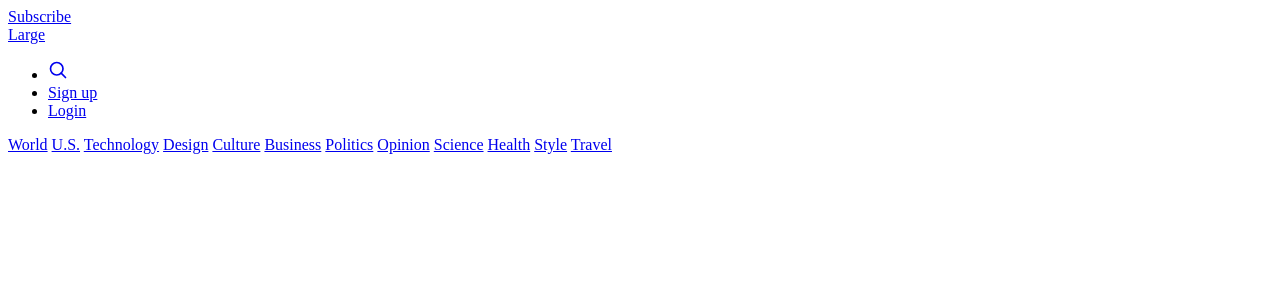
Repository: nunnunhap/Portfolio_YewMall
Page: http://localhost/layout/comm/header
The author's editor kept a copy of each file at every save. The page is drawn from the files as they stood at one save, then again after the next save.
The browser window is 1280 px wide. The pictures show the whole page.
The page is this project's Thymeleaf template; nobody is signed in. The template is opened directly, without the code that normally fills it, so the values that code supplies are empty.

Above is the page before, as saved 2024-06-17 11:18:49.

### yewmall/src/main/resources/templates/layout/comm/header.html
<!DOCTYPE html>
<html lang="ko"xmlns:th="http://www.thymeleaf.org">

<div th:fragment="headerFragment">

	<header class="blog-header py-3">
    <div class="row flex-nowrap justify-content-between align-items-center">
      <div class="col-4 pt-1">
        <a class="text-muted" href="#">Subscribe</a>
      </div>
      <div class="col-4 text-center">
        <a class="blog-header-logo text-dark" href="#">Large</a>
      </div>
      <div class="col-4 d-flex justify-content-end align-items-center">
      <ul>
      <li>
        <a class="text-muted" href="#" aria-label="Search">
          <svg xmlns="http://www.w3.org/2000/svg" width="20" height="20" fill="none" stroke="currentColor" stroke-linecap="round" stroke-linejoin="round" stroke-width="2" class="mx-3" role="img" viewBox="0 0 24 24" focusable="false"><title>Search</title><circle cx="10.5" cy="10.5" r="7.5"></circle><path d="M21 21l-5.2-5.2"></path></svg>
        </a>
        </li>
        <li><a class="btn btn-sm btn-outline-secondary" href="#">Sign up</a></li>
        <li><a class="btn btn-sm btn-outline-secondary" href="#">Login</a></li>
        </ul>
      </div>
    </div>
  </header>


  <div class="nav-scroller py-1 mb-2">
    <nav class="nav d-flex justify-content-between">
      <a class="p-2 text-muted" href="#">World</a>
      <a class="p-2 text-muted" href="#">U.S.</a>
      <a class="p-2 text-muted" href="#">Technology</a>
      <a class="p-2 text-muted" href="#">Design</a>
      <a class="p-2 text-muted" href="#">Culture</a>
      <a class="p-2 text-muted" href="#">Business</a>
      <a class="p-2 text-muted" href="#">Politics</a>
      <a class="p-2 text-muted" href="#">Opinion</a>
      <a class="p-2 text-muted" href="#">Science</a>
      <a class="p-2 text-muted" href="#">Health</a>
      <a class="p-2 text-muted" href="#">Style</a>
      <a class="p-2 text-muted" href="#">Travel</a>
    </nav>
  </div>




</div>

</html>

After the next save:
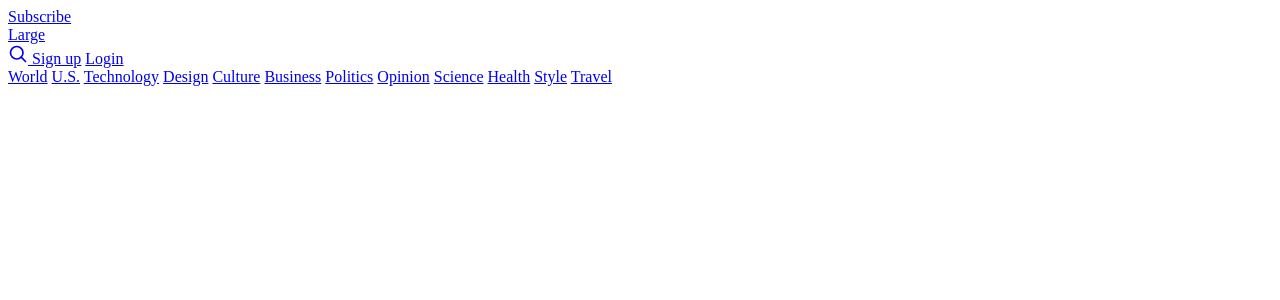
Saved 2 min 24 s later.
--- a/yewmall/src/main/resources/templates/layout/comm/header.html
+++ b/yewmall/src/main/resources/templates/layout/comm/header.html
@@ -12,15 +12,11 @@
         <a class="blog-header-logo text-dark" href="#">Large</a>
       </div>
       <div class="col-4 d-flex justify-content-end align-items-center">
-      <ul>
-      <li>
         <a class="text-muted" href="#" aria-label="Search">
           <svg xmlns="http://www.w3.org/2000/svg" width="20" height="20" fill="none" stroke="currentColor" stroke-linecap="round" stroke-linejoin="round" stroke-width="2" class="mx-3" role="img" viewBox="0 0 24 24" focusable="false"><title>Search</title><circle cx="10.5" cy="10.5" r="7.5"></circle><path d="M21 21l-5.2-5.2"></path></svg>
         </a>
-        </li>
-        <li><a class="btn btn-sm btn-outline-secondary" href="#">Sign up</a></li>
-        <li><a class="btn btn-sm btn-outline-secondary" href="#">Login</a></li>
-        </ul>
+        <a class="btn btn-sm btn-outline-secondary" href="#">Sign up</a>
+        <a class="btn btn-sm btn-outline-secondary" href="#">Login</a>
       </div>
     </div>
   </header>
